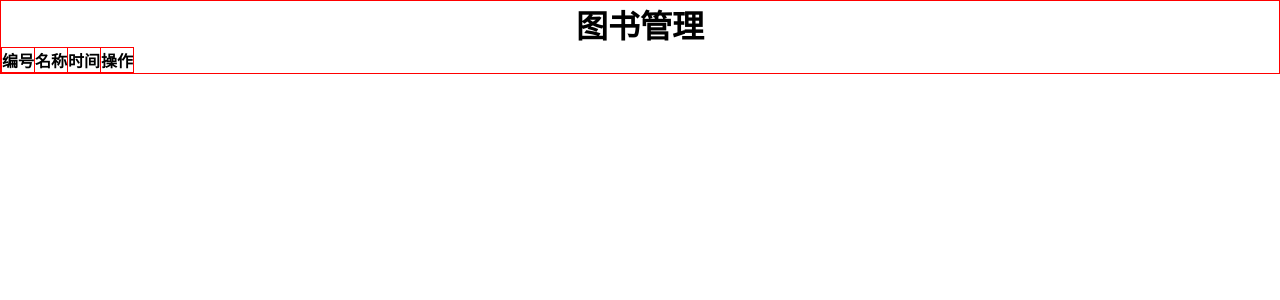
Repository: chenguocan/Vue_demo_1
Page: vue_demo_03/图书管理.html
These files come from the project's save history. The page is drawn as it stood at one moment and after the next save; the edit follows.
The browser window is 1280 px wide. The pictures show the whole page.

Above is the page before, as saved 2020-07-21 15:59:59.

### vue_demo_03/图书管理.html
<!DOCTYPE html>
<html lang="en">
  <head>
    <meta charset="UTF-8" />
    <meta name="viewport" content="width=device-width, initial-scale=1.0" />
    <title>Document</title>
    <style>
      * {
        margin: 0;
        padding: 0;
        box-sizing: border-box;
      }
      .book {
        border: 1px solid red;
        text-align: center;
      }
      table {
        border-collapse: collapse;
      }
      th {
        border: 1px solid red;
        border-collapse: collapse;
      }
    </style>
  </head>
  <body>
    <div class="book">
      <h1>图书管理</h1>
      <table>
        <thead>
          <tr>
            <th>编号</th>
            <th>名称</th>
            <th>时间</th>
            <th>操作</th>
          </tr>
        </thead>
      </table>
    </div>
  </body>
  <script src="./js/vue.js"></script>
</html>

Loaded but not shown: vue_demo_03/js/vue.js (library)

After the next save:
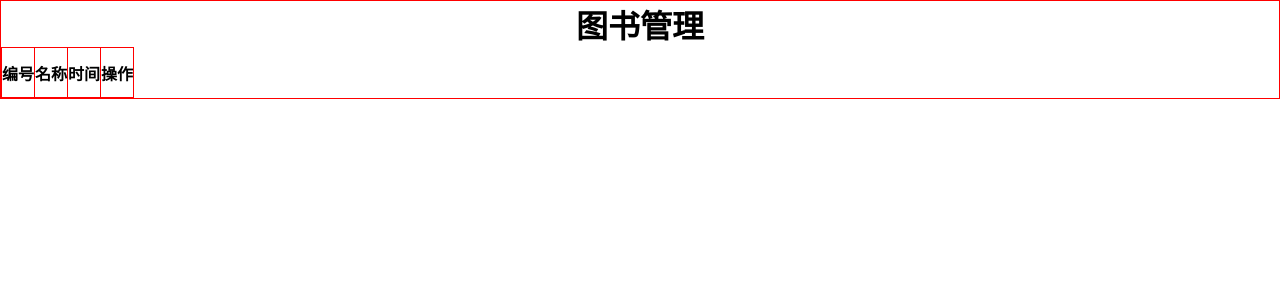
Saved 9 s later.
--- a/vue_demo_03/图书管理.html
+++ b/vue_demo_03/图书管理.html
@@ -18,6 +18,7 @@
         border-collapse: collapse;
       }
       th {
+        height: 50px;
         border: 1px solid red;
         border-collapse: collapse;
       }
